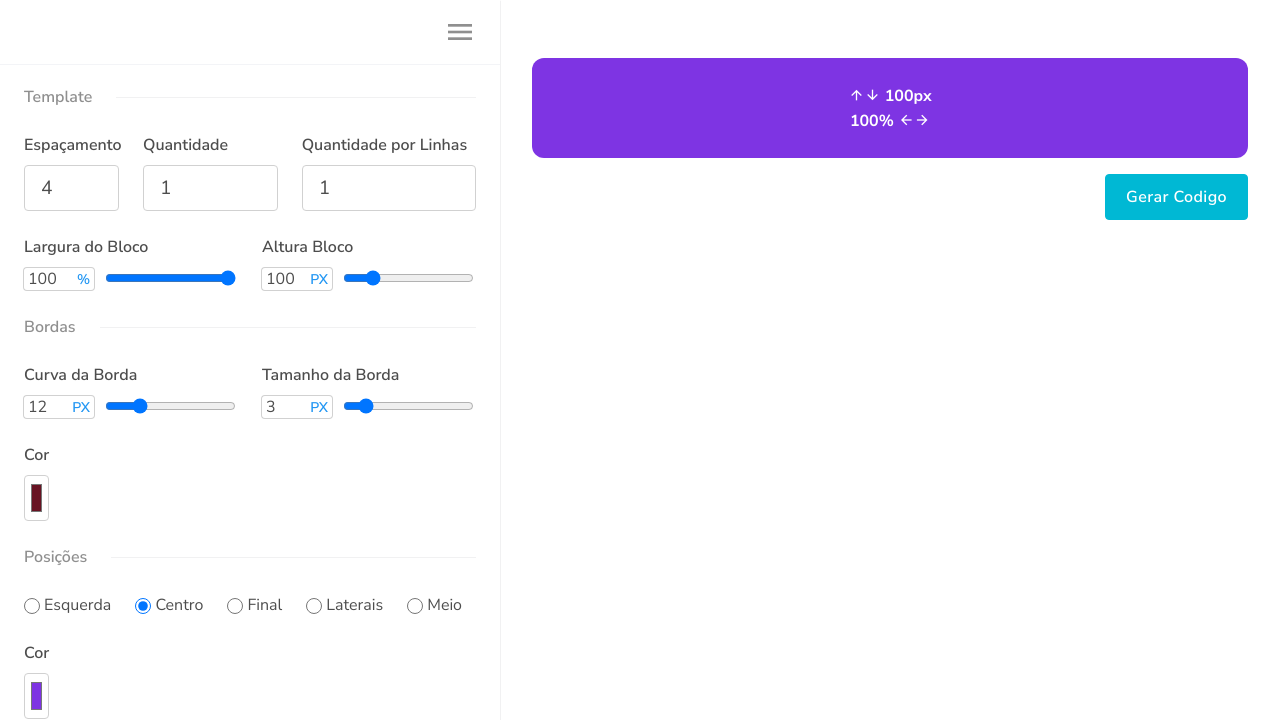
Repository: Flintdl/lowcode-elements
Page: /
The author's editor kept a copy of each file at every save. The page is drawn from the files as they stood at one save, then again after the next save.
The browser window is 1280 px wide. The pictures show the whole page.
The project was rebuilt for these pictures with package versions that can differ from the ones it lists, and the page was loaded fresh each time. Also part of the build but not shown: vue.config.js.

Above is the page before, as saved 2022-04-05 14:59:55.

After the next save:
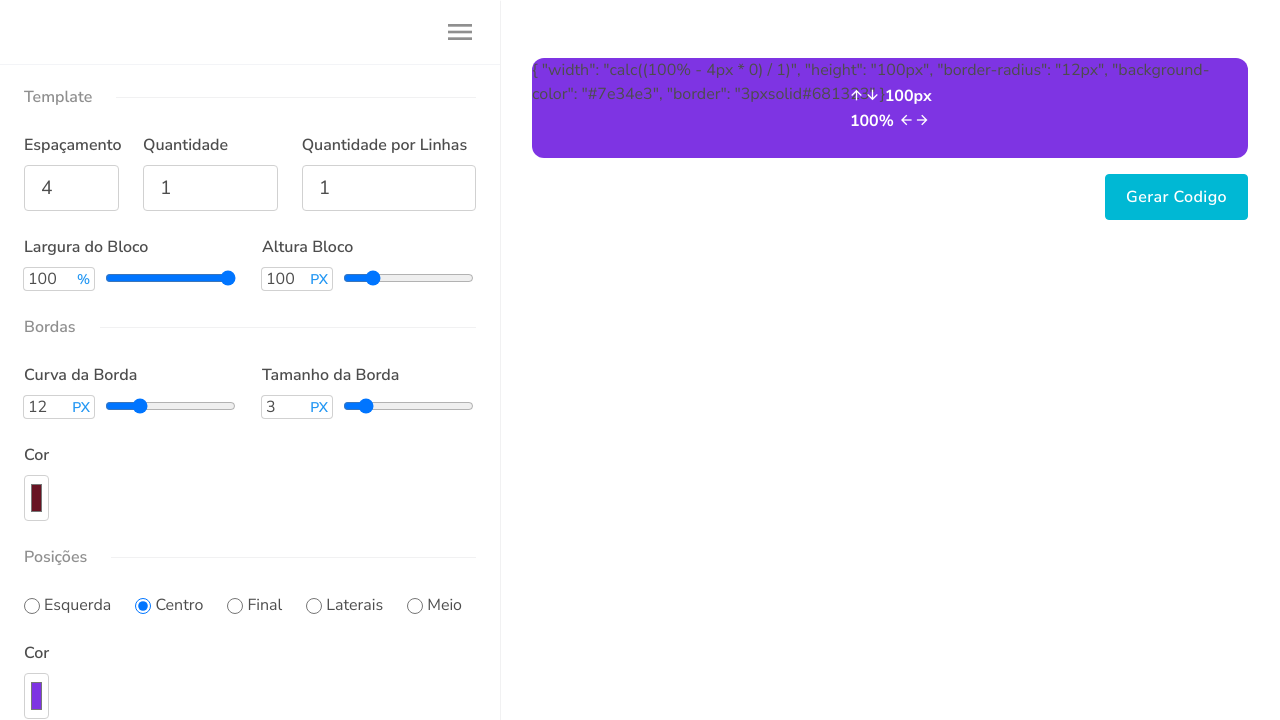
Saved 16 s later.
--- a/src/components/templates/DivGrid.vue
+++ b/src/components/templates/DivGrid.vue
@@ -1,5 +1,6 @@
 <template>
   <div class="sf-position-relative sf-overflow-hidden" :style="cssDefinido">
+    {{ cssDefinido }}
     <span
       class="sf-position-absolute sf-centerAbsolute-xy sf-text-white sf-font-weight-extra-bold sf-text-center"
       :style="tamanho"

After the save that followed:
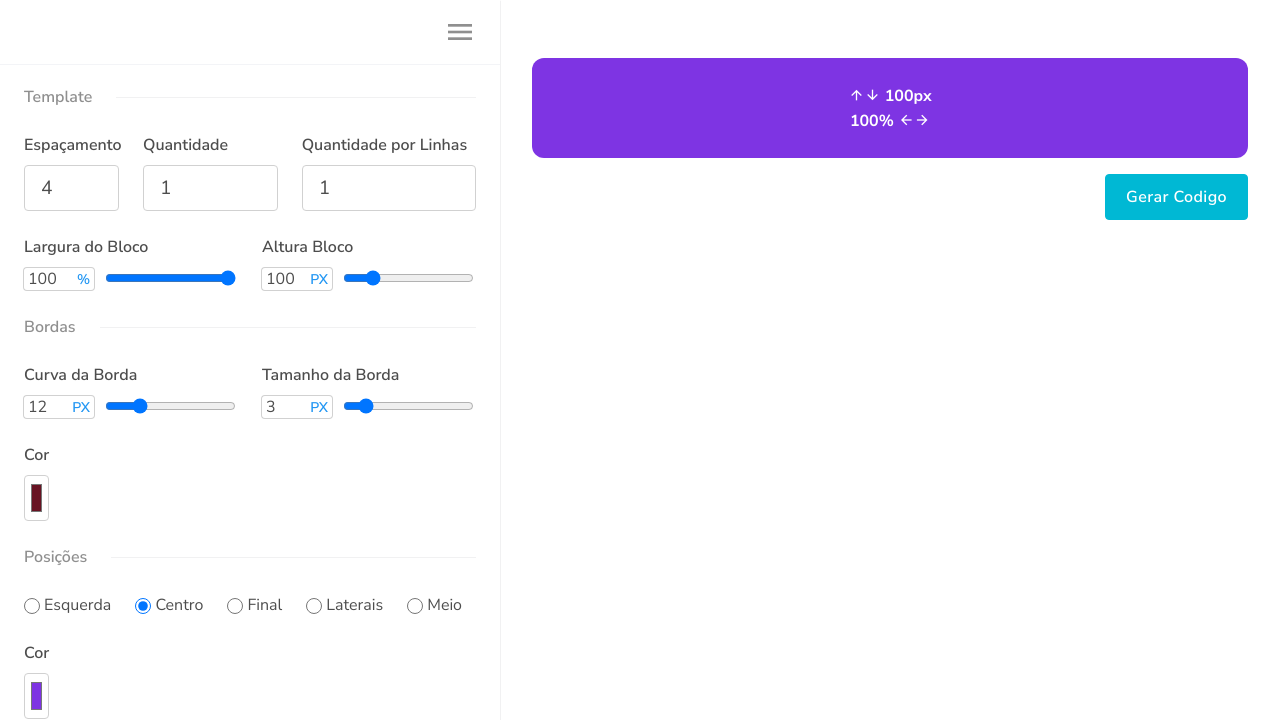
Saved 6 s later.
--- a/src/components/templates/DivGrid.vue
+++ b/src/components/templates/DivGrid.vue
@@ -1,6 +1,5 @@
 <template>
   <div class="sf-position-relative sf-overflow-hidden" :style="cssDefinido">
-    {{ cssDefinido }}
     <span
       class="sf-position-absolute sf-centerAbsolute-xy sf-text-white sf-font-weight-extra-bold sf-text-center"
       :style="tamanho"
